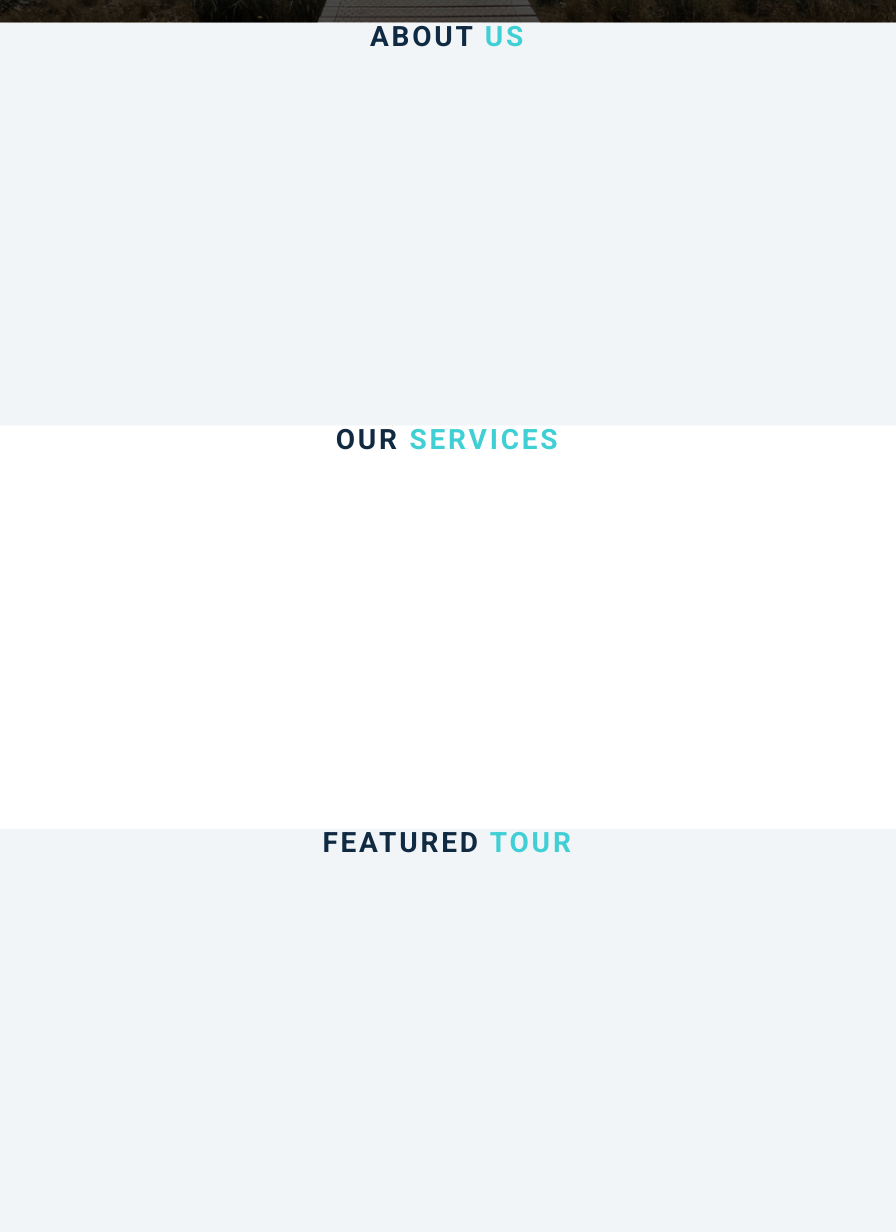
Repository: sunny070/javaScript
Page: Scroll_10/index.html
An editor plug-in stored every save of this project. The page is shown before and after the next save, followed by the edit.
The browser window is 1280 px wide. The pictures show the part of the page from y = 770 to 2690 px (the page is 2530 px tall before and 2690 px after), at 70% of full size.
Some web libraries are served in a nearby version.

Above is the page before, as saved 2023-10-27 12:03:42.

After the next save:
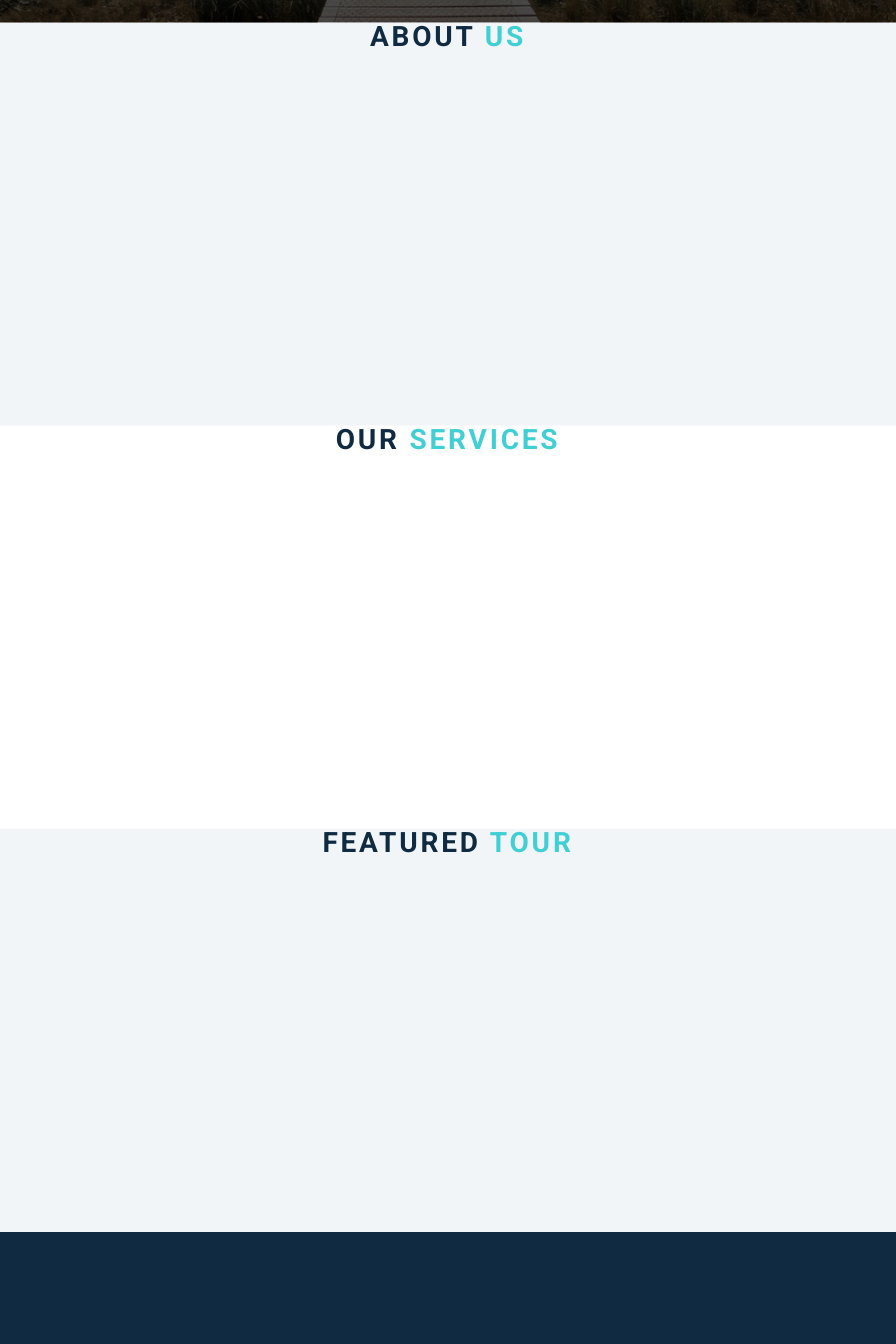
Saved 18 s later.
--- a/Scroll_10/index.html
+++ b/Scroll_10/index.html
@@ -74,7 +74,7 @@
     </div>
 </section>
 <!-- footer -->
-
+<footer></footer>
     <script src="app.js"></script>
 </body>
 </html>
